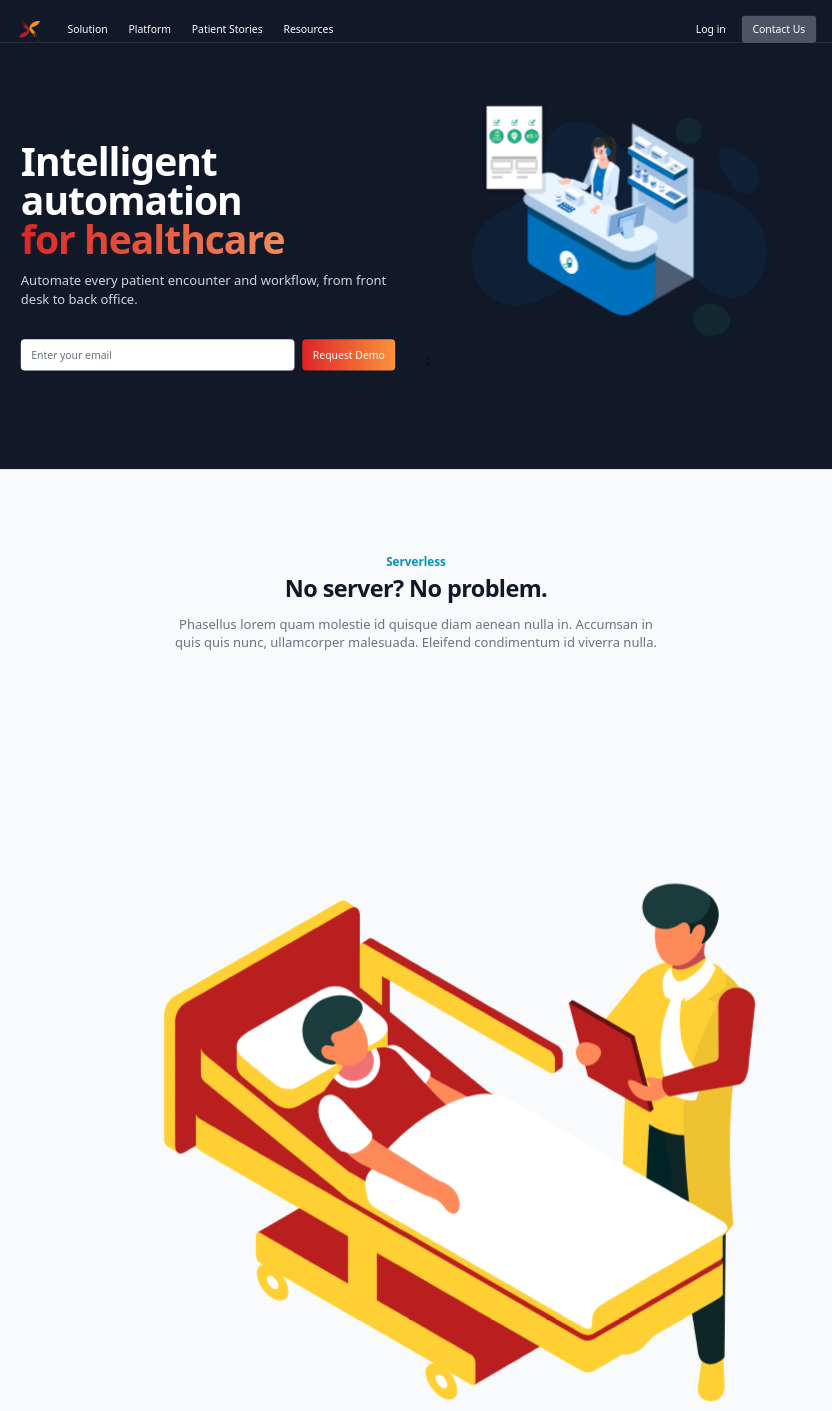
Repository: VinceBrun/medical-web3-app
Page: /
The author's editor kept a copy of each file at every save. The page is drawn from the files as they stood at one save, then again after the next save.
The browser window is 1280 px wide. The pictures show the whole page, at 65% of full size.
The project was rebuilt for these pictures with package versions that can differ from the ones it lists, and the page was loaded fresh each time. The framework's server and built-in components were replaced by stand-ins that run in the browser. Also part of the build but not shown: next.config.js, styles/Home.module.css.

Above is the page before, as saved 2023-01-12 16:35:09.

After the next save:
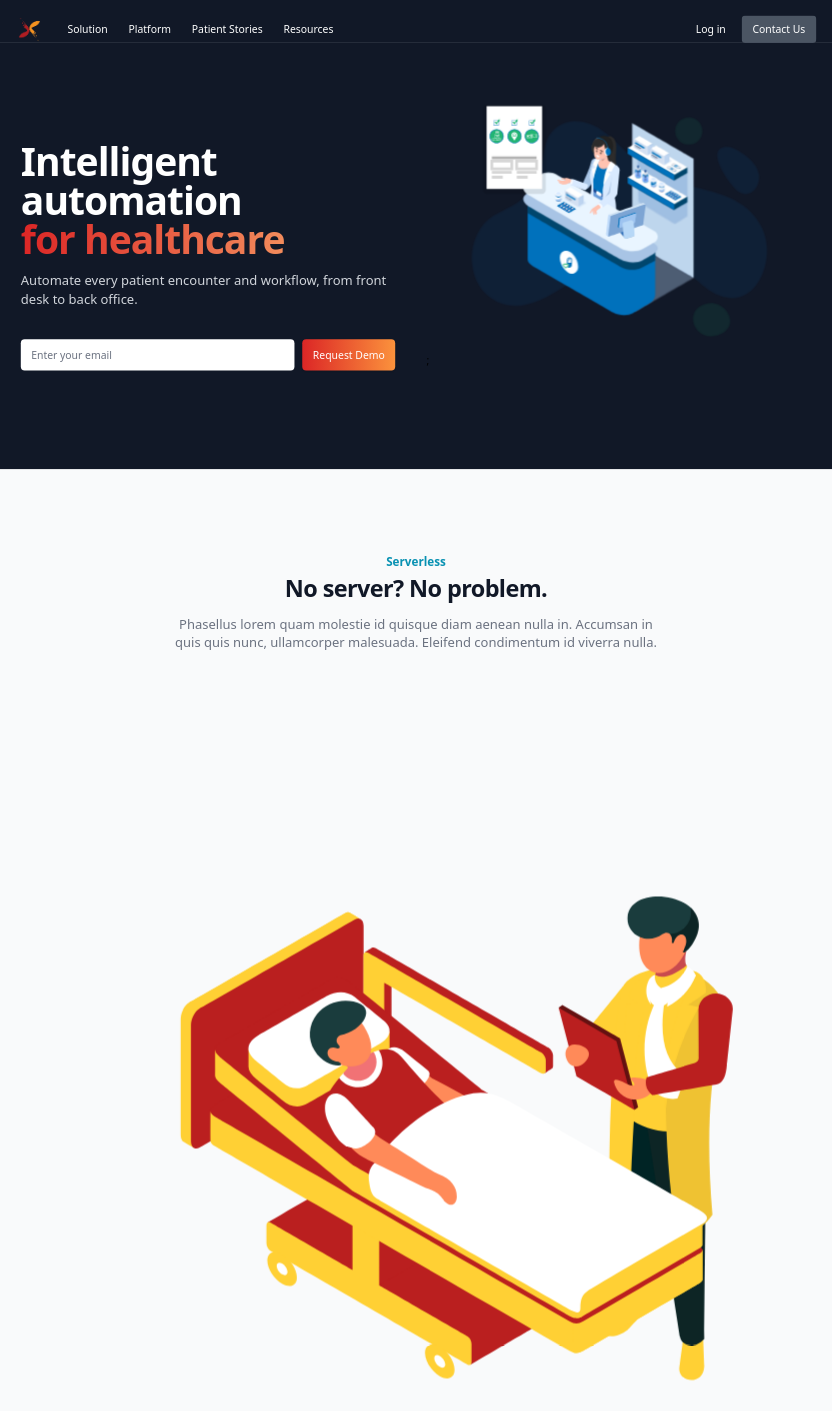
Saved 24 s later.
--- a/components/Landing.jsx
+++ b/components/Landing.jsx
@@ -408,7 +408,7 @@ export default function Landing() {
                   condimentum id viverra nulla.
                 </p>
               </div>
-              <div className="mt-12 -mb-10 sm:-mb-24 lg:-mb-80">
+              <div className="mt-12 p-10 -mb-10 sm:-mb-24 lg:-mb-80">
                 <Lottie animationData={medicalpatient} loop={true} />;
               </div>
             </div>
